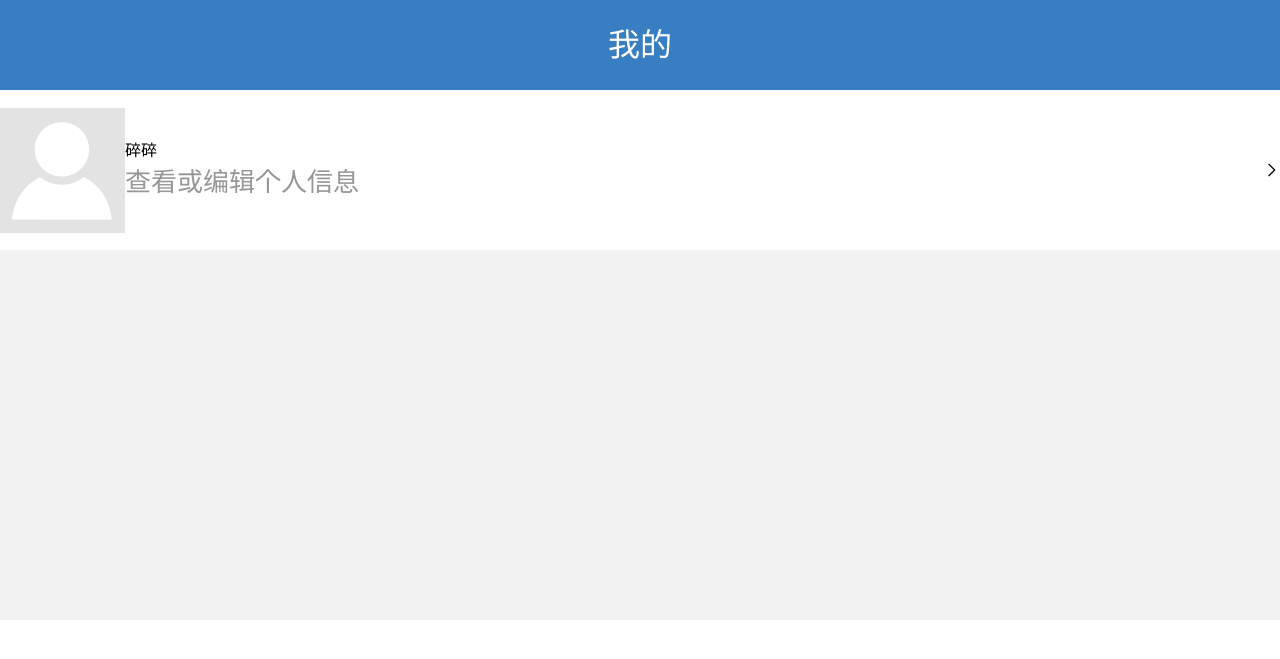
Repository: A1LExX/H5_study_set
Page: myProfile/index.html
An editor plug-in stored every save of this project. The page is shown before and after a run of saves, followed by the edit.
The browser window is 1280 px wide. The pictures show the whole page.

Above is the page before, as saved 2021-07-12 20:14:15.

### myProfile/index.html
<!--
@author [Alex Wei]
@email [w2262196@outlook.com]
@create date 2021-07-12 18:52:43
@modify date 2021-07-12 20:10:47
@desc [description]
-->
<!DOCTYPE html>
<html lang="en">
<head>
    <meta charset="UTF-8">
    <meta http-equiv="X-UA-Compatible" content="IE=edge">
    <meta name="viewport" content="width=device-width, initial-scale=1.0">
    <!-- 引入重制样式表 -->
    <link rel="stylesheet" href="./css/reset.css">
    <!-- 引入移动端适配js -->
    <script src="./js/rem.js"></script>
    <!-- 引入字体图标样式表 -->
    <link rel="stylesheet" href="./css/iconfont.css">
    <!-- 引入当前页面样式表 -->
    <link rel="stylesheet" href="./css/index.css">
    <title>Document</title>
</head>
<body>
    <!-- 页眉 -->
    <div id="top">我的</div>
    <!-- 中间部分 -->
    <div id="mid">
        <div class="proFile">
            <div class="profileLeft">
                <div class="profileImg">
                    <span class="iconfont icon-icontouxiang"></span>
                </div>
                <div class="profileWord">
                    <span>碎碎</span>
                    <span>查看或编辑个人信息</span>
                </div>
            </div>
            <div class="iconfont icon-arrow-right"></div>
        </div>
        <div class="itemOne"></div>
        <div class="itemTwo"></div>
        <div class="setting"></div>
    </div>
    <!-- 页脚 -->
    <div id="footer"></div>
</body>
</html>

### myProfile/css/reset.css
/**
 * @author [Alex Wei]
 * @email [w2262196@outlook.com]
 * @create date 2021-07-12 19:03:59
 * @modify date 2021-07-12 19:05:27
 * @desc [description]
 */
/*
KISSY CSS Reset
理念：1. reset 的目的不是清除浏览器的默认样式，这仅是部分工作。清除和重置是紧密不可分的。
2. reset 的目的不是让默认样式在所有浏览器下一致，而是减少默认样式有可能带来的问题。
3. reset 期望提供一套普适通用的基础样式。但没有银弹，推荐根据具体需求，裁剪和修改后再使用。
特色：1. 适应中文；2. 基于最新主流浏览器。
维护：玉伯<lifesinger@gmail.com>, 正淳<ragecarrier@gmail.com>
 */

/** 清除内外边距 **/
body, h1, h2, h3, h4, h5, h6, hr, p, blockquote, /* structural elements 结构元素 */
dl, dt, dd, ul, ol, li, /* list elements 列表元素 */
pre, /* text formatting elements 文本格式元素 */
form, fieldset, legend, button, input, textarea, /* form elements 表单元素 */
th, td /* table elements 表格元素 */ {
  margin: 0;
  padding: 0;
}

/** 设置默认字体 **/
body,
button, input, select, textarea /* for ie */ {
  font: 12px/1.5 tahoma, arial, \5b8b\4f53, sans-serif;
}
h1, h2, h3, h4, h5, h6 { font-size: 100%; }
address, cite, dfn, em, var { font-style: normal; } /* 将斜体扶正 */
code, kbd, pre, samp { font-family: courier new, courier, monospace; } /* 统一等宽字体 */
small { font-size: 12px; } /* 小于 12px 的中文很难阅读，让 small 正常化 */

/** 重置列表元素 **/
ul, ol { list-style: none; }

/** 重置文本格式元素 **/
a { text-decoration: none; }
a:hover { text-decoration: underline; }


/** 重置表单元素 **/
legend { color: #000; } /* for ie6 */
fieldset, img { border: 0; } /* img 搭车：让链接里的 img 无边框 */
button, input, select, textarea { font-size: 100%; } /* 使得表单元素在 ie 下能继承字体大小 */
/* 注：optgroup 无法扶正 */

/** 重置表格元素 **/
table { border-collapse: collapse; border-spacing: 0; }

/* 清除浮动 */
.ks-clear:after, .clear:after {
  content: '\20';
  display: block;
  height: 0;
  clear: both;
}

.ks-clear, .clear {
  *zoom: 1;
}

### myProfile/js/rem.js
//designWidth:设计稿的实际宽度值，需要根据实际设置
//maxWidth:制作稿的最大宽度值，需要根据实际设置
//这段js的最后面有两个参数记得要设置，一个为设计稿实际宽度，一个为制作稿最大宽度，例如设计稿为750，最大宽度为750，则为(750,750)
;(function(designWidth, maxWidth) {
	var doc = document,
	win = window,
	docEl = doc.documentElement,
	remStyle = document.createElement("style"),
	tid;

	function refreshRem() {
		var width = docEl.getBoundingClientRect().width;
		maxWidth = maxWidth || 540;
		width>maxWidth && (width=maxWidth);
		//屏幕宽度 * 100 / 设计稿宽度
		var rem = width * 100 / designWidth;
		remStyle.innerHTML = 'html{font-size:' + rem + 'px;}';
	}

	if (docEl.firstElementChild) {
		docEl.firstElementChild.appendChild(remStyle);
	} else {
		var wrap = doc.createElement("div");
		wrap.appendChild(remStyle);
		doc.write(wrap.innerHTML);
		wrap = null;
	}
	//要等 wiewport 设置好后才能执行 refreshRem，不然 refreshRem 会执行2次；
	refreshRem();

	win.addEventListener("resize", function() {
		clearTimeout(tid); //防止执行两次
		tid = setTimeout(refreshRem, 300);
	}, false);

	win.addEventListener("pageshow", function(e) {
		if (e.persisted) { // 浏览器后退的时候重新计算
			clearTimeout(tid);
			tid = setTimeout(refreshRem, 300);
		}
	}, false);

	if (doc.readyState === "complete") {
		doc.body.style.fontSize = "16px";
	} else {
		doc.addEventListener("DOMContentLoaded", function(e) {
			doc.body.style.fontSize = "16px";
		}, false);
	}
})(750, 750);

### myProfile/css/iconfont.css
@font-face {
  font-family: "iconfont"; /* Project id  */
  src: url('../fonts/iconfont.ttf?t=1626088719469') format('truetype');
}

.iconfont {
  font-family: "iconfont" !important;
  font-size: 16px;
  font-style: normal;
  -webkit-font-smoothing: antialiased;
  -moz-osx-font-smoothing: grayscale;
}

.icon-arrow-right:before {
  content: "\e601";
}

.icon-fangzi:before {
  content: "\e614";
}

.icon-fangzi1:before {
  content: "\e6d3";
}

.icon-icontouxiang:before {
  content: "\e622";
}

.icon-quanquanb:before {
  content: "\e6d4";
}

.icon-baobiao:before {
  content: "\e65c";
}

.icon-liuyan:before {
  content: "\e615";
}

.icon-shouye:before {
  content: "\e60b";
}

.icon-baoming:before {
  content: "\e664";
}

.icon-shezhi:before {
  content: "\e63a";
}

.icon-dibudaohanglan-:before {
  content: "\e630";
}

.icon-renyuan:before {
  content: "\e61a";
}

### myProfile/css/index.css
/**
 * @author [Alex Wei]
 * @email [w2262196@outlook.com]
 * @create date 2021-07-12 19:23:21
 * @modify date 2021-07-12 20:14:15
 * @desc [description]
 */
html, body{
    width: 100%;
    height: 100%;
}

body{
    display: flex;
    flex-direction: column;
}

#top{
    height: .9rem;
    background: #387ec2;
    color: white;
    font-size: .32rem;
    line-height: .9rem;
    text-align: center;
}


#mid{
    flex: 1;
    background: #f2f2f2;
    overflow: scroll;
    display: flex;
    flex-direction: column;
}

#mid .profileImg{
    width: 1.25rem;
    height: 1.25rem;
    background: #e3e3e3;
    text-align: center;
}

.proFile{
    display: flex;
    justify-content: space-between;
    align-items: center;
    background: white;
    height: 1.6rem;
}

.icon-icontouxiang{
    font-size: 1rem;
    line-height: 1.25rem;
    /* text-align: center; */
    color: white;
}

.profileLeft{
    display: flex;
    justify-content: space-between;
    align-items: center;
}

.profileWord span:first-child{

}

.profileWord span:last-child{
    /* display: inline; */
    display: block;
    font-size: .26rem;
    color: #969696;
}

#footer{
    height: 1rem;
}

After the next 2 saves:
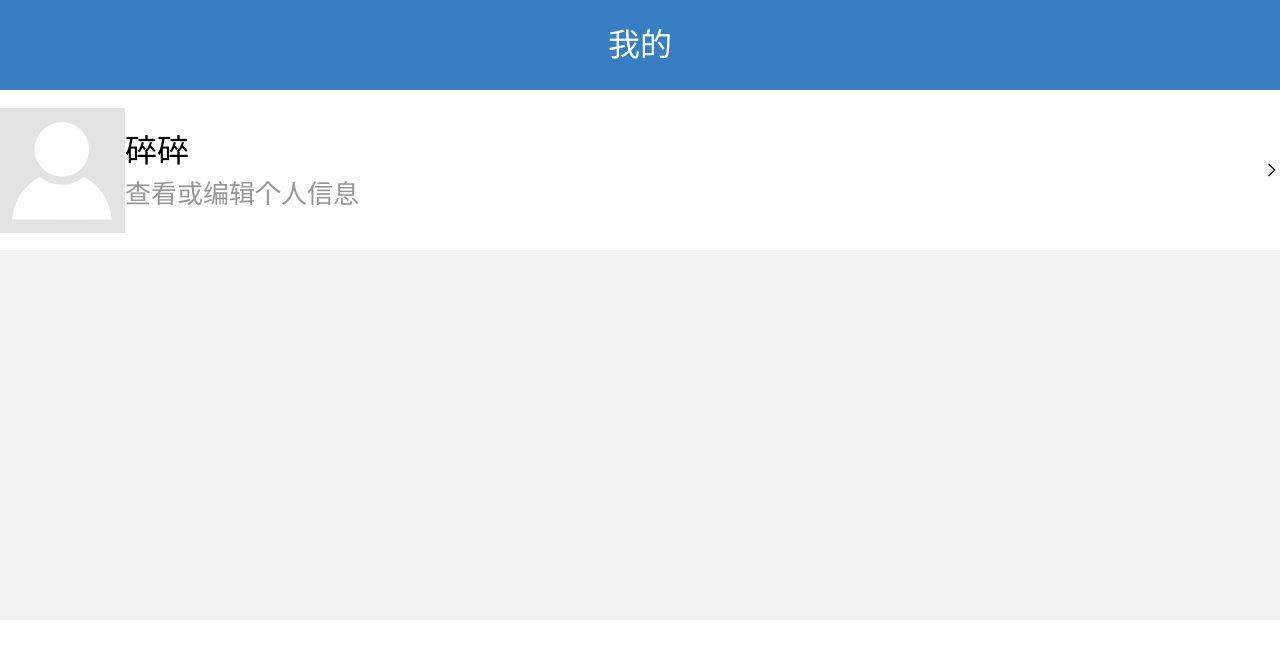
The 2 saves are shown as one change because they came seconds apart.
The last was saved 20 s later.
--- a/myProfile/css/index.css
+++ b/myProfile/css/index.css
@@ -2,7 +2,7 @@
  * @author [Alex Wei]
  * @email [w2262196@outlook.com]
  * @create date 2021-07-12 19:23:21
- * @modify date 2021-07-12 20:14:15
+ * @modify date 2021-07-12 20:14:35
  * @desc [description]
  */
 html, body{
@@ -62,7 +62,7 @@ body{
 }
 
 .profileWord span:first-child{
-
+    font-size: .32rem;
 }
 
 .profileWord span:last-child{
